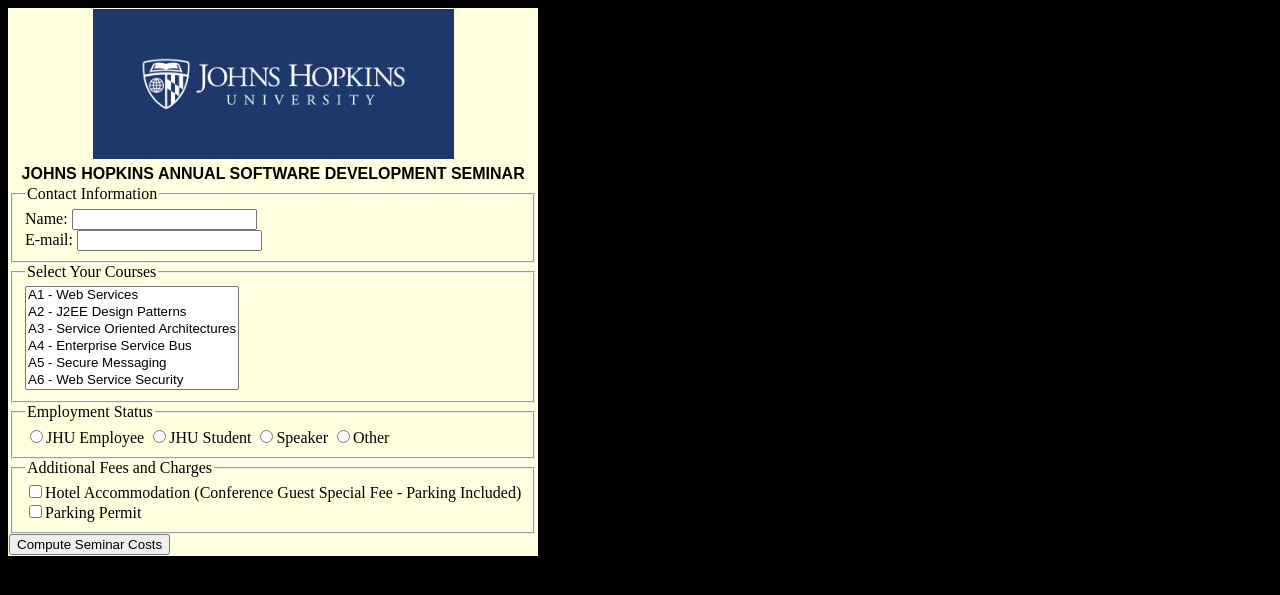
Repository: justinjwk/eclipse-workspace
Page: Homework2/WebContent/index.html
These files come from the project's save history. The page is drawn as it stood at one moment and after the next save; the edit follows.
The browser window is 1280 px wide. The pictures show the whole page.

Above is the page before, as saved 2019-06-12 03:06:18.

After the next save:
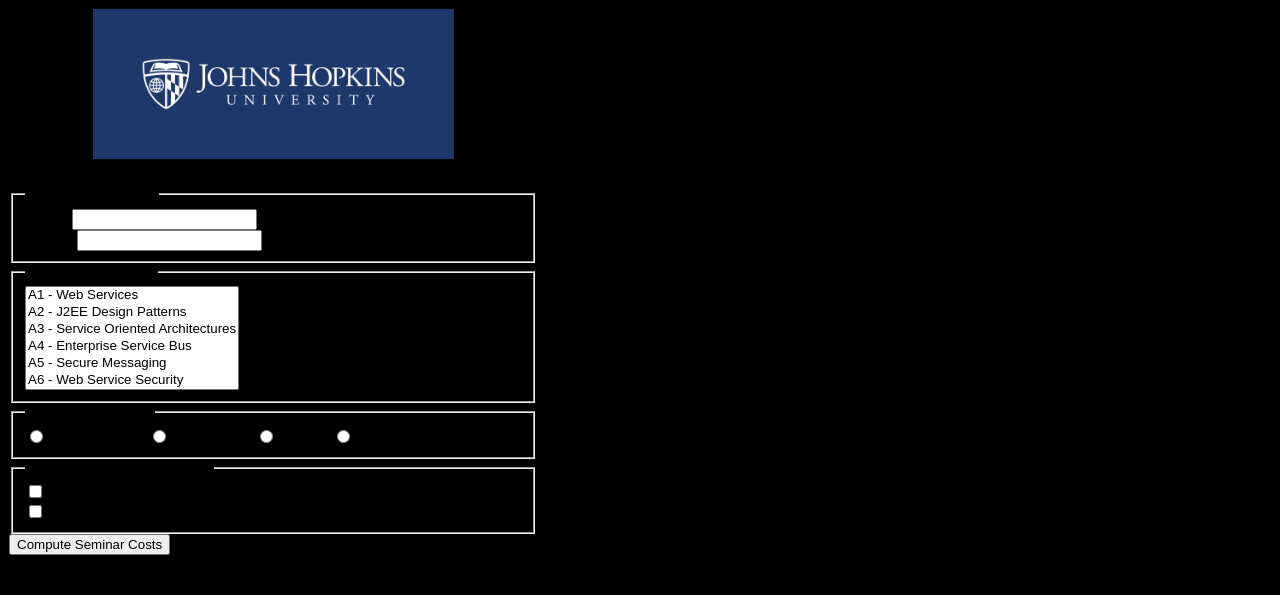
Saved 31 s later.
--- a/Homework2/WebContent/index.html
+++ b/Homework2/WebContent/index.html
@@ -7,7 +7,7 @@
 </head>
 <body>
 
-	<table bgcolor="#FFFFE0">
+	<table>
 		<tr>
 			<th><img src="jhu_logo.png" height=150></th>
 		</tr>
